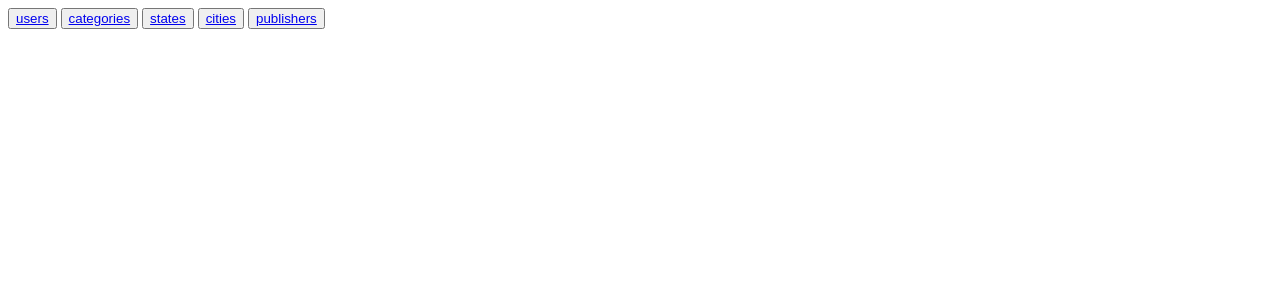
Repository: fontanive12/Biblioteca
Page: front/paginaInicial.html
These files come from the project's save history. The page is drawn as it stood at one moment and after the next save; the edit follows.
The browser window is 1280 px wide. The pictures show the whole page.

Above is the page before, as saved 2022-09-05 16:13:06.

After the next save:
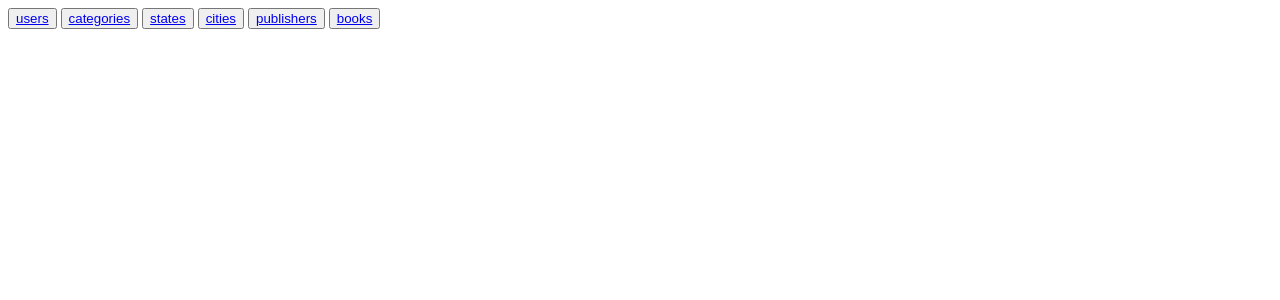
Saved 20 s later.
--- a/front/paginaInicial.html
+++ b/front/paginaInicial.html
@@ -13,5 +13,6 @@
     <button><a href="states.html" class="states">states</a></button>
     <button><a href="cities.html" class="states">cities</a></button>
     <button><a href="publishers.html" class="states">publishers</a></button>
+    <button><a href="books.html" class="states">books</a></button>
 </body>
 </html>
